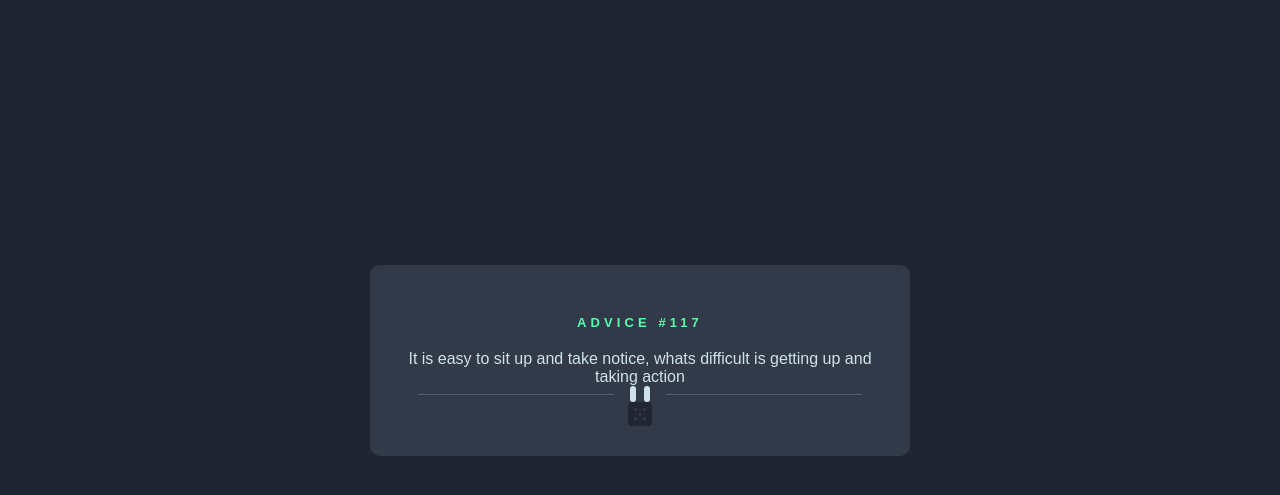
Repository: Arkitecth/advice-generator
Page: index.html
The author's editor kept a copy of each file at every save. The page is drawn from the files as they stood at one save, then again after the next save.
The browser window is 1280 px wide. The pictures show the whole page.

Above is the page before, as saved 2023-07-12 17:43:35.

After the next save:
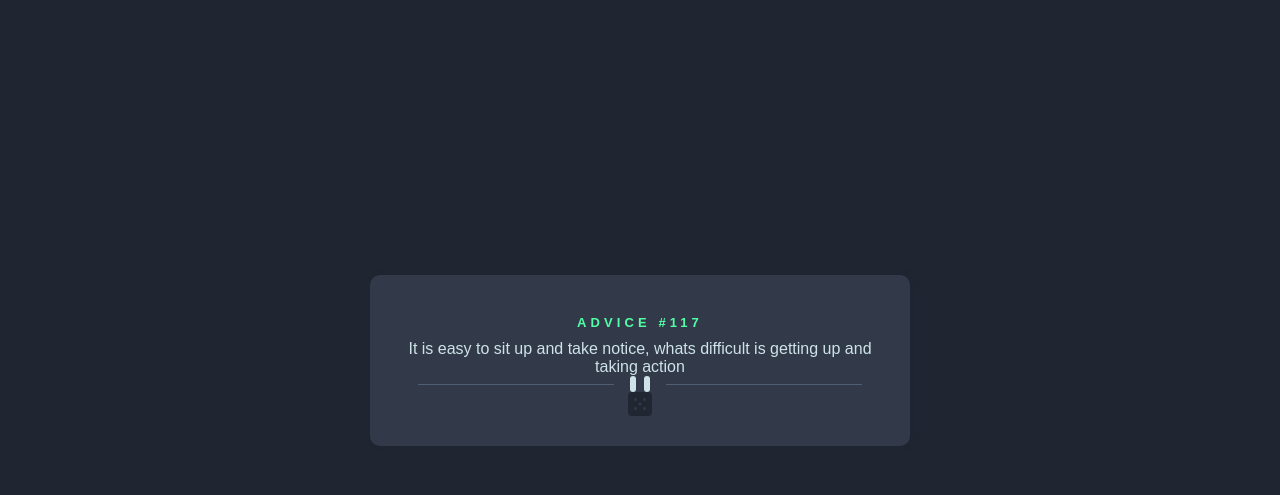
Saved 12 s later.
--- a/style.css
+++ b/style.css
@@ -41,7 +41,7 @@
     font-weight: 800;
     letter-spacing: 4.086px;
     font-size: 0.8125rem;
-    padding: 20px 20px;
+    padding: 10px 20px;
 }
 
 .advice-text {
